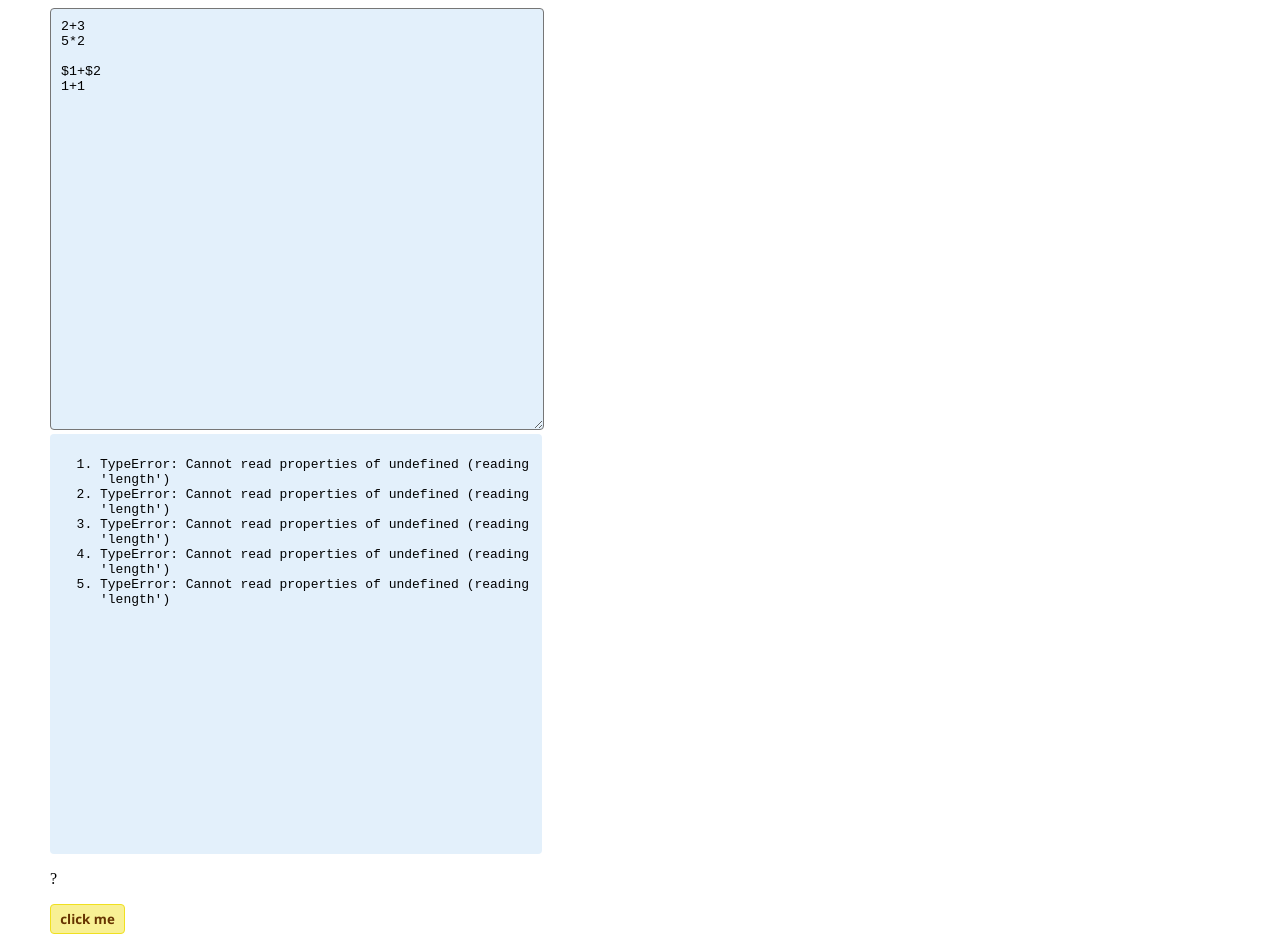
Repository: nikitazu/kali
Page: hello-world.html
The author's editor kept a record of every edit. The page is drawn from the files as they stood at one moment, then again after the next edit.
The browser window is 1280 px wide. The pictures show the whole page.

Above is the page before.

After the next edit:
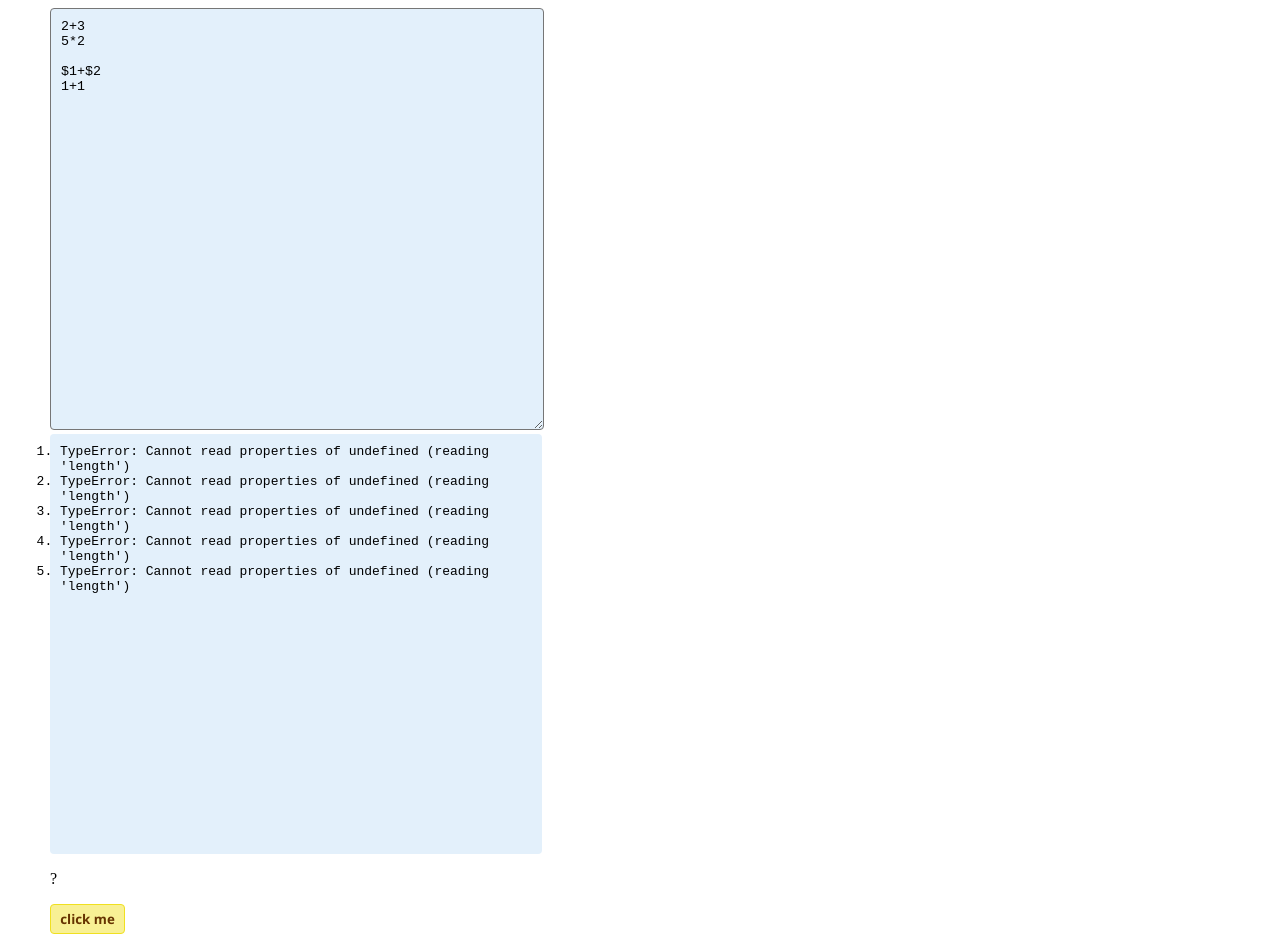
The edit:
--- a/hello-world.html
+++ b/hello-world.html
@@ -19,7 +19,10 @@
 			v-on="click: evaluatorInputTextChanged">
 		</textarea>
 
-		<div class="code-block" v-html="inputText | evaluate">
+		<div
+			id="results"
+			class="code-block"
+			v-html="inputText | evaluate">
 		</div>
 	</div>
 
